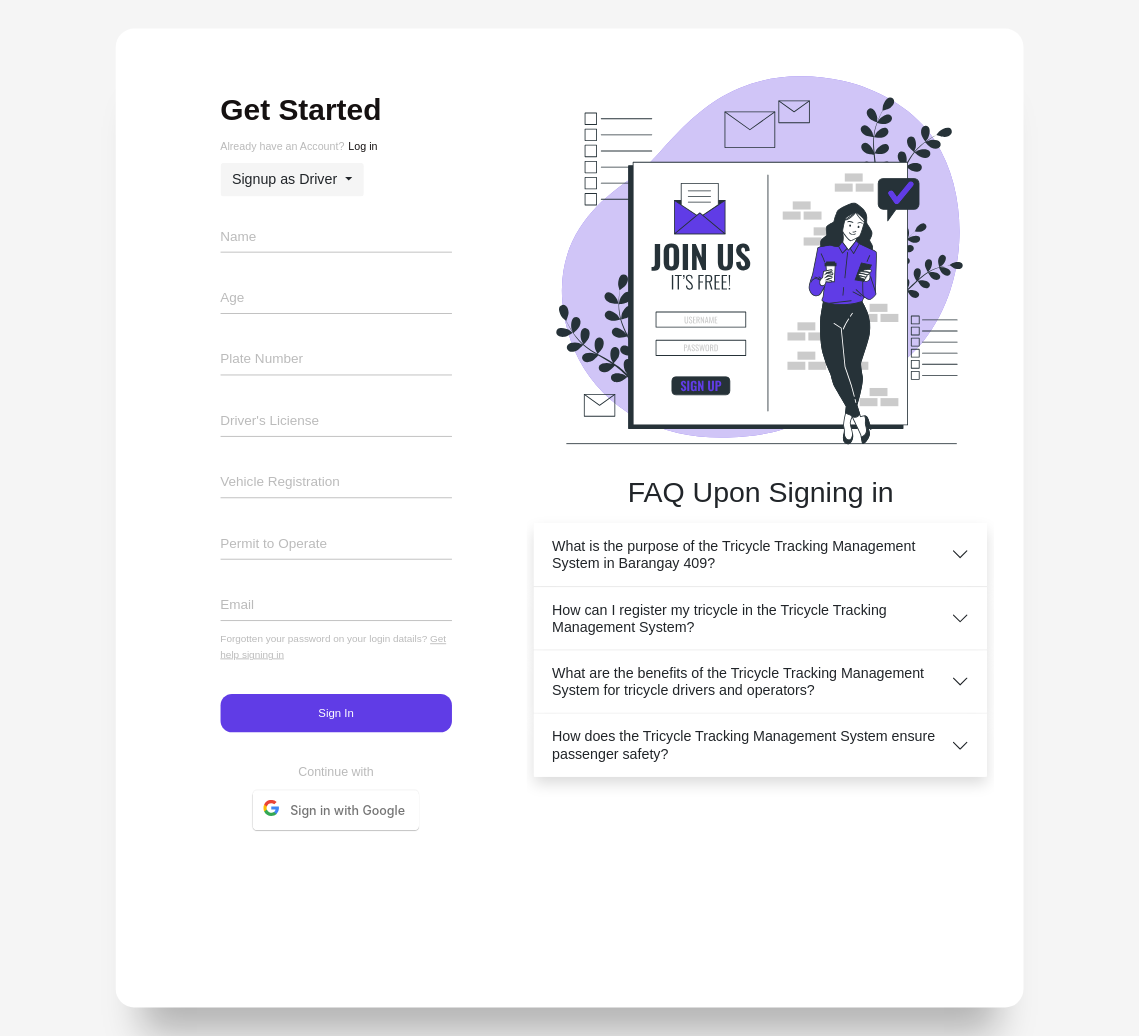
Repository: adrcstro/plate-to-place
Page: http://localhost/Loginsystem/Driverlogin.php
The author's editor kept a copy of each file at every save. The page is drawn from the files as they stood at one save, then again after the next save.
The browser window is 1280 px wide. The pictures show the whole page, at 89% of full size.
Some web fonts or font styles are not loaded; a fallback is used. Some web libraries are served in a nearby version. The page is run by PHP 8.4 with error messages shown; the project is at /var/www/html/.

Above is the page before, as saved 2023-10-31 11:48:58.

After the next save:
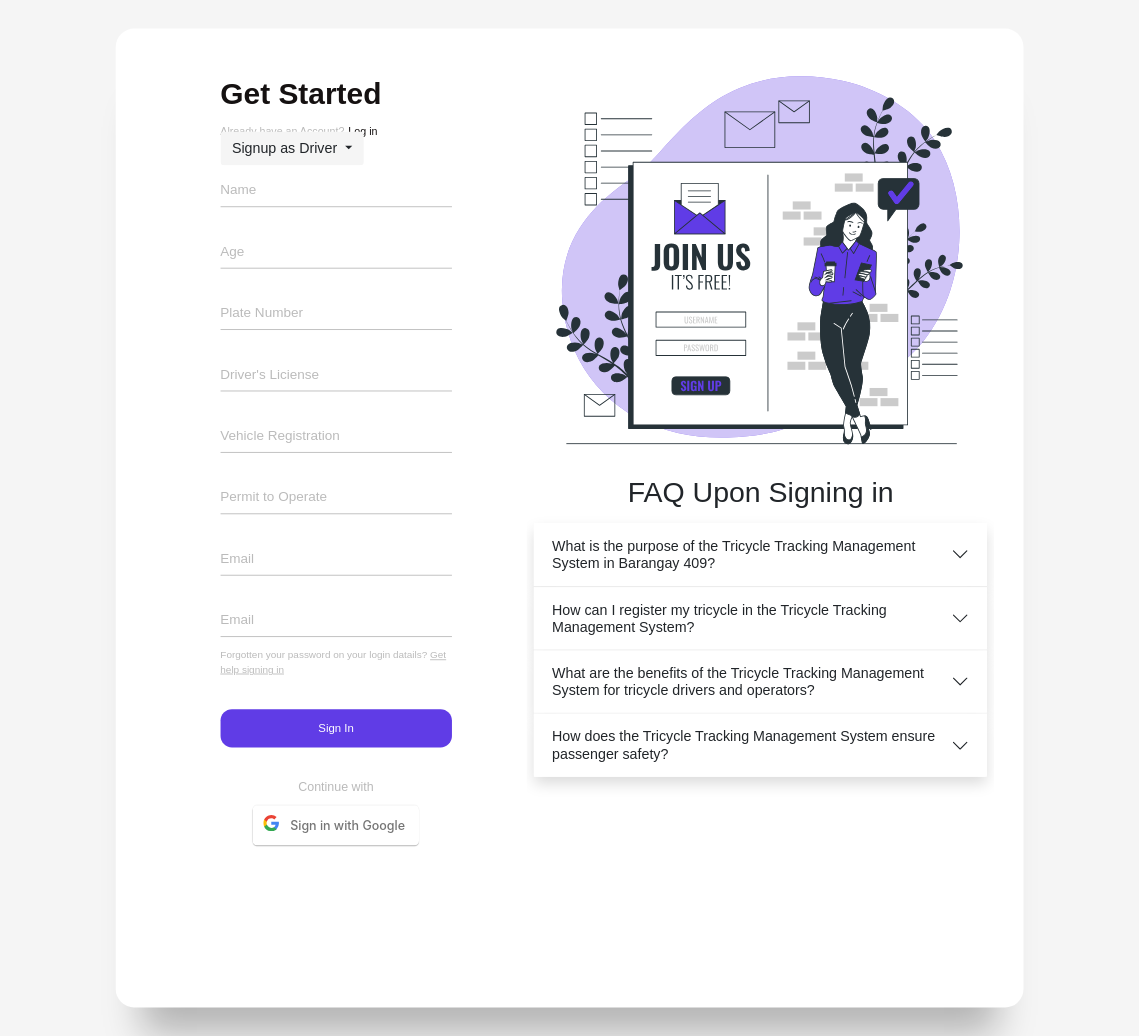
Saved 20 min 46 s later.
--- a/Loginsystem/Driverlogin.php
+++ b/Loginsystem/Driverlogin.php
@@ -118,7 +118,16 @@
                   />
                   <label>Email</label>
                 </div>
-
+                <div class="input-wrap">
+                  <input
+                    type="text"
+                    minlength="4"
+                    class="input-field"
+                    autocomplete="off"
+                    required
+                  />
+                  <label>Email</label>
+                </div>
                 <p class="text">
                   Forgotten your password on your login datails?
 
